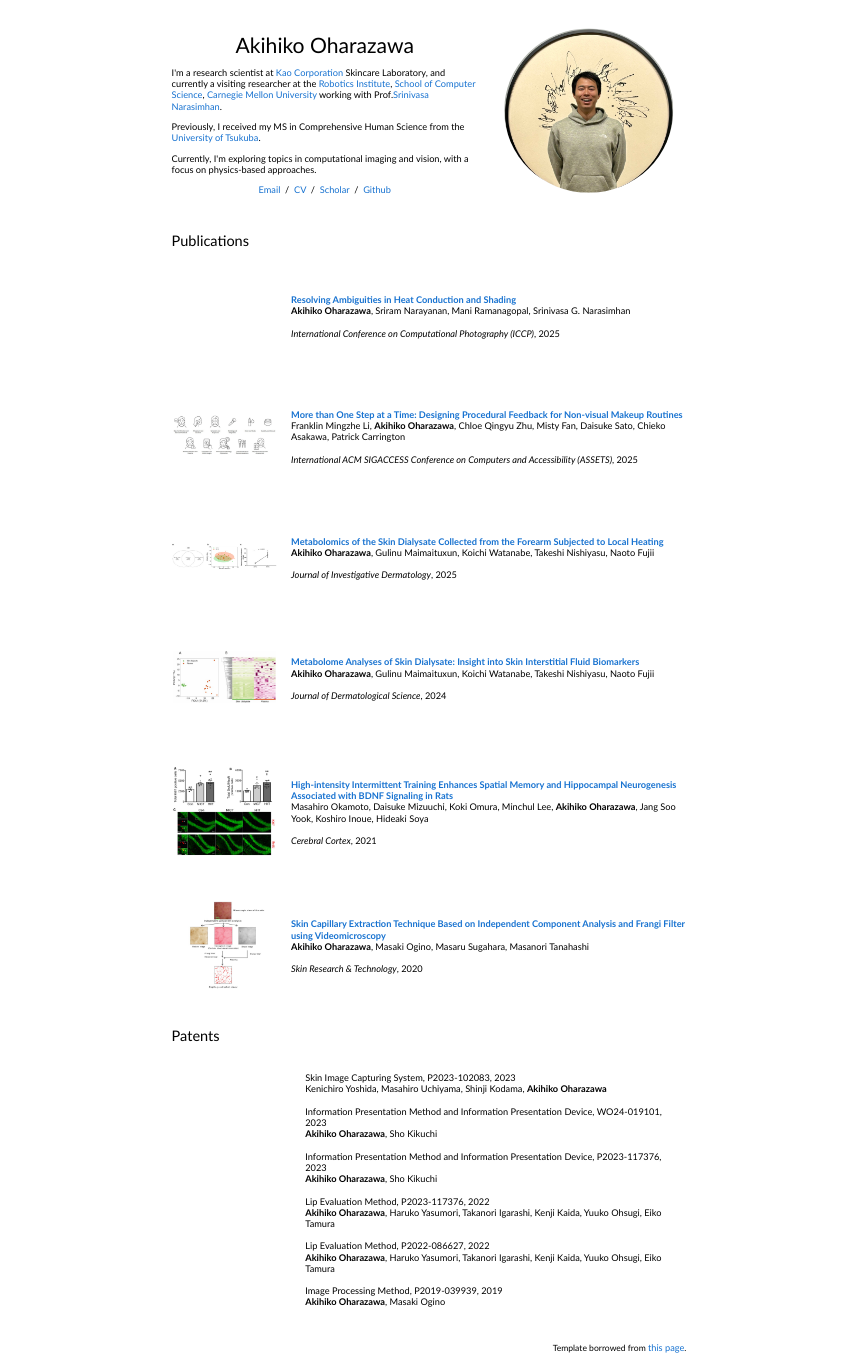
Repository: akihikooharazawa/akihikooharazawa.github.io
Page: index.html
An editor plug-in stored every save of this project. The page is shown before and after the next save, followed by the edit.
The browser window is 1280 px wide. The pictures show the whole page, at 66% of full size.
Pictures or frames that could not be fetched are drawn as grey boxes.

Above is the page before, as saved 2025-07-25 12:27:04.

### index.html
<!DOCTYPE HTML>
<html lang="en">
  <head>
  <!-- Google tag (gtag.js) -->
  <script async src="https://www.googletagmanager.com/gtag/js?id=G-S3VWLBF1BC"></script>
  <script>
    window.dataLayer = window.dataLayer || [];
    function gtag(){dataLayer.push(arguments);}
    gtag('js', new Date());

    gtag('config', 'G-S3VWLBF1BC');
  </script>
    <meta http-equiv="Content-Type" content="text/html; charset=UTF-8">

    <title>Akihiko Oharazawa</title>

    <meta name="author" content="Akihiko Oharazawa">
    <meta name="viewport" content="width=device-width, initial-scale=1">
    <link rel="shortcut icon" href="images/favicon/favicon.ico" type="image/x-icon">
    <link rel="stylesheet" type="text/css" href="stylesheet.css">

  </head>

  <body>
    <table style="width:100%;max-width:800px;border:0px;border-spacing:0px;border-collapse:separate;margin-right:auto;margin-left:auto;"><tbody>
      <tr style="padding:0px">
        <td style="padding:0px">
          <table style="width:100%;border:0px;border-spacing:0px;border-collapse:separate;margin-right:auto;margin-left:auto;"><tbody>
            <tr style="padding:0px">
              <td style="padding:2.5%;width:63%;vertical-align:middle">
                <p class="name" style="text-align: center;">
                  Akihiko Oharazawa
                </p>
                <p>I'm a research scientist at <a href="https://www.kao.com/global/en/">Kao Corporation</a> Skincare Laboratory,
                  and currently a visiting researcher at the <a href="https://www.ri.cmu.edu/">Robotics Institute</a>,
                  <a href="https://www.cs.cmu.edu/">School of Computer Science</a>,
                  <a href="https://www.cmu.edu/">Carnegie Mellon University</a> working with Prof.<a href="https://www.cs.cmu.edu/~srinivas/">Srinivasa Narasimhan</a>.
                </p>
                <p>
                  Previously, I received my MS in Comprehensive Human Science from the <a href="https://www.tsukuba.ac.jp/en/">University of Tsukuba</a>.
                </p>
                <p>
                  Currently, I'm exploring topics in computational imaging and vision, with a focus on physics-based approaches.
                </p>
                <p style="text-align:center">
                  <a href="mailto:a.oharazawa@gmail.com">Email</a> &nbsp;/&nbsp;
                  <a href="data/AkiOharazawa-CV.pdf">CV</a> &nbsp;/&nbsp;
                  <a href="https://scholar.google.com/citations?user=NGsKuDgAAAAJ&hl=en">Scholar</a> &nbsp;/&nbsp;
                  <a href="https://github.com/akihikooharazawa">Github</a>
                </p>
              </td>
              <td style="padding:2.5%;width:40%;max-width:40%">
                <a href="static/images/AkiOharazawa.jpg"><img style="width:100%;max-width:100%;object-fit: cover; border-radius: 50%;" alt="profile photo" src="static/images/AkiOharazawa.jpg" class="hoverZoomLink"></a>
              </td>
            </tr>
          </tbody></table>
          <table style="width:100%;border:0px;border-spacing:0px;border-collapse:separate;margin-right:auto;margin-left:auto;"><tbody>
              <tr>
              <td style="padding:20px;width:100%;vertical-align:middle">
                <h2>Publications</h2>
              </td>
            </tr>
          </tbody></table>
          <table style="width:100%;border:0px;border-spacing:0px;border-collapse:separate;margin-right:auto;margin-left:auto;"><tbody>

            <!-- ICCP 2025 -->
            <tr>
              <td style="padding:20px;width:25%;vertical-align:middle">
                <video id="theory" width="160" height="120" autoplay muted loop playsinline style="border-style: none">
                  <source src="static/videos/ICCP2025.mp4" type="video/mp4">
                </video>
              </td>
              <td width="75%" valign="middle">
                <a href="https://imaging.cs.cmu.edu/shape-from-laplacian-and-shading/">
                  <span class="papertitle">Resolving Ambiguities in Heat Conduction and Shading</span>
                </a>
                <br>
                <strong>Akihiko Oharazawa</strong>, Sriram Narayanan, Mani Ramanagopal, Srinivasa G. Narasimhan
                <br>
                <br>
                <em>International Conference on Computational Photography (ICCP)</em>, 2025
                <br>
              </td>
            </tr>
            <!-- End ICCP 2025 -->

            <!-- ASSCET 2025 -->
            <tr>
              <td style="padding:20px;width:25%;vertical-align:middle">
                <img src="static/images/2025ASSETS.png" alt="2025ASSETS.png" width="160" height="160" style="border-style: none">
              </td>
              <td width="75%" valign="middle">
                <a href="https://arxiv.org/abs/2507.03942">
                  <span class="papertitle">More than One Step at a Time: Designing Procedural Feedback for Non-visual Makeup Routines</span>
                </a>
                <br>
                Franklin Mingzhe Li, <strong>Akihiko Oharazawa</strong>, Chloe Qingyu Zhu, Misty Fan, Daisuke Sato, Chieko Asakawa, Patrick Carrington
                <br>
                <br>
                <em>International ACM SIGACCESS Conference on Computers and Accessibility (ASSETS)</em>, 2025
                <br>
              </td>
            </tr>
            <!-- End ASSCET 2025 -->

            <!-- JID 2025 -->
            <tr>
              <td style="padding:20px;width:25%;vertical-align:middle">
                <img src="static/images/2025JID.png" alt="2025JID.png" width="160" height="120" style="border-style: none">
              </td>
              <td width="75%" valign="middle">
                <a href="https://www.jidonline.org/article/S0022-202X(25)02268-7/fulltext">
                  <span class="papertitle">Metabolomics of the Skin Dialysate Collected from the Forearm Subjected to Local Heating</span>
                </a>
                <br>
                <strong>Akihiko Oharazawa</strong>, Gulinu Maimaituxun, Koichi Watanabe, Takeshi Nishiyasu, Naoto Fujii
                <br>
                <br>
                <em>Journal of Investigative Dermatology</em>, 2025
                <br>
              </td>
            </tr>
            <!-- End JID 2025 -->

            <!-- JDS 2025 -->
            <tr>
              <td style="padding:20px;width:25%;vertical-align:middle">
                <img src="static/images/2024JDS.png" alt="2024JDS.png" width="160" height="160" style="border-style: none">
              </td>
              <td width="75%" valign="middle">
                <a href="https://www.jdsjournal.com/article/S0923-1811(24)00066-5/fulltext">
                  <span class="papertitle">Metabolome Analyses of Skin Dialysate: Insight into Skin Interstitial Fluid Biomarkers</span>
                </a>
                <br>
                <strong>Akihiko Oharazawa</strong>, Gulinu Maimaituxun, Koichi Watanabe, Takeshi Nishiyasu, Naoto Fujii
                <br>
                <br>
                <em>Journal of Dermatological Science</em>, 2024
                <br>
              </td>
            </tr>
            <!-- End JDS 2025 -->

            <!-- Cerebral Cortex 2021 -->
            <tr>
              <td style="padding:20px;width:25%;vertical-align:middle">
                <img src="static/images/2021CB.png" alt="2021CB.png" width="160" height="160" style="border-style: none">
              </td>
              <td width="75%" valign="middle">
                <a href="https://academic.oup.com/cercor/article/31/9/4386/6274998">
                  <span class="papertitle">High-intensity Intermittent Training Enhances Spatial Memory and Hippocampal Neurogenesis Associated with BDNF Signaling in Rats</span>
                </a>
                <br>
                Masahiro Okamoto, Daisuke Mizuuchi, Koki Omura, Minchul Lee, <strong>Akihiko Oharazawa</strong>, Jang Soo Yook, Koshiro Inoue, Hideaki Soya
                <br>
                <br>
                <em>Cerebral Cortex</em>, 2021
                <br>
              </td>
            </tr>
            <!-- End Cerebral Cortex 2021 -->

            <!-- Skin Research & Technology 2020 -->
            <tr>
              <td style="padding:20px;width:25%;vertical-align:middle">
                <img src="static/images/2020SRT.png" alt="2020SRT.png" width="160" height="160" style="border-style: none">
              </td>
              <td width="75%" valign="middle">
                <a href="https://onlinelibrary.wiley.com/doi/10.1111/srt.12850">
                  <span class="papertitle">Skin Capillary Extraction Technique Based on Independent Component Analysis and Frangi Filter using Videomicroscopy</span>
                </a>
                <br>
                <strong>Akihiko Oharazawa</strong>, Masaki Ogino, Masaru Sugahara, Masanori Tanahashi
                <br>
                <br>
                <em>Skin Research & Technology</em>, 2020
                <br>
              </td>
            </tr>
            <!-- End Skin Research & Technology 2020 -->
          </tbody></table>


          <table width="100%" align="center" border="0" cellspacing="0" cellpadding="20"><tbody>
            <tr>
              <td>
                <h2>Patents</h2>
              </td>
            </tr>
          </tbody></table>
          <table width="100%" align="center" border="0" cellpadding="20"><tbody>

            <tr>
              <td style="padding:20px;width:25%;vertical-align:middle">
              <td width="75%" valign="middle">
                Skin Image Capturing System, P2023-102083, 2023
                <br>
                Kenichiro Yoshida, Masahiro Uchiyama, Shinji Kodama, <strong>Akihiko Oharazawa</strong><br>
                <br>
                Information Presentation Method and Information Presentation Device, WO24-019101, 2023
                <br>
                <strong>Akihiko Oharazawa</strong>, Sho Kikuchi<br>
                <br>
                Information Presentation Method and Information Presentation Device, P2023-117376, 2023
                <br>
                <strong>Akihiko Oharazawa</strong>, Sho Kikuchi<br>
                <br>
                Lip Evaluation Method, P2023-117376, 2022
                <br>
                <strong>Akihiko Oharazawa</strong>, Haruko Yasumori, Takanori Igarashi, Kenji Kaida, Yuuko Ohsugi, Eiko Tamura<br>
                <br>
                Lip Evaluation Method, P2022-086627, 2022
                <br>
                <strong>Akihiko Oharazawa</strong>, Haruko Yasumori, Takanori Igarashi, Kenji Kaida, Yuuko Ohsugi, Eiko Tamura<br>
                <br>
                Image Processing Method, P2019-039939, 2019
                <br>
                <strong>Akihiko Oharazawa</strong>, Masaki Ogino<br>
              </td>
            </tr>

          </tbody></table>
          <table style="width:100%;border:0px;border-spacing:0px;border-collapse:separate;margin-right:auto;margin-left:auto;"><tbody>
            <tr>
              <td style="padding:0px">
                <br>
                <p style="text-align:right;font-size:small;">
                  Template borrowed from <a href="https://github.com/jonbarron/website">this page</a>.
                </p>
              </td>
            </tr>
          </tbody></table>
        </td>
      </tr>
    </table>
  </body>
</html>

### stylesheet.css
/* latin-ext */
@font-face {
  font-family: 'Lato';
  font-style: italic;
  font-weight: 400;
  src: local('Lato Italic'), local('Lato-Italic'), url(https://fonts.gstatic.com/s/lato/v15/S6u8w4BMUTPHjxsAUi-qNiXg7eU0.woff2) format('woff2');
  unicode-range: U+0100-024F, U+0259, U+1E00-1EFF, U+2020, U+20A0-20AB, U+20AD-20CF, U+2113, U+2C60-2C7F, U+A720-A7FF;
}
/* latin */
@font-face {
  font-family: 'Lato';
  font-style: italic;
  font-weight: 400;
  src: local('Lato Italic'), local('Lato-Italic'), url(https://fonts.gstatic.com/s/lato/v15/S6u8w4BMUTPHjxsAXC-qNiXg7Q.woff2) format('woff2');
  unicode-range: U+0000-00FF, U+0131, U+0152-0153, U+02BB-02BC, U+02C6, U+02DA, U+02DC, U+2000-206F, U+2074, U+20AC, U+2122, U+2191, U+2193, U+2212, U+2215, U+FEFF, U+FFFD;
}
/* latin-ext */
@font-face {
  font-family: 'Lato';
  font-style: italic;
  font-weight: 700;
  src: local('Lato Bold Italic'), local('Lato-BoldItalic'), url(https://fonts.gstatic.com/s/lato/v15/S6u_w4BMUTPHjxsI5wq_FQftx9897sxZ.woff2) format('woff2');
  unicode-range: U+0100-024F, U+0259, U+1E00-1EFF, U+2020, U+20A0-20AB, U+20AD-20CF, U+2113, U+2C60-2C7F, U+A720-A7FF;
}
/* latin */
@font-face {
  font-family: 'Lato';
  font-style: italic;
  font-weight: 700;
  src: local('Lato Bold Italic'), local('Lato-BoldItalic'), url(https://fonts.gstatic.com/s/lato/v15/S6u_w4BMUTPHjxsI5wq_Gwftx9897g.woff2) format('woff2');
  unicode-range: U+0000-00FF, U+0131, U+0152-0153, U+02BB-02BC, U+02C6, U+02DA, U+02DC, U+2000-206F, U+2074, U+20AC, U+2122, U+2191, U+2193, U+2212, U+2215, U+FEFF, U+FFFD;
}
/* latin-ext */
@font-face {
  font-family: 'Lato';
  font-style: normal;
  font-weight: 400;
  src: local('Lato Regular'), local('Lato-Regular'), url(https://fonts.gstatic.com/s/lato/v15/S6uyw4BMUTPHjxAwXiWtFCfQ7A.woff2) format('woff2');
  unicode-range: U+0100-024F, U+0259, U+1E00-1EFF, U+2020, U+20A0-20AB, U+20AD-20CF, U+2113, U+2C60-2C7F, U+A720-A7FF;
}
/* latin */
@font-face {
  font-family: 'Lato';
  font-style: normal;
  font-weight: 400;
  src: local('Lato Regular'), local('Lato-Regular'), url(https://fonts.gstatic.com/s/lato/v15/S6uyw4BMUTPHjx4wXiWtFCc.woff2) format('woff2');
  unicode-range: U+0000-00FF, U+0131, U+0152-0153, U+02BB-02BC, U+02C6, U+02DA, U+02DC, U+2000-206F, U+2074, U+20AC, U+2122, U+2191, U+2193, U+2212, U+2215, U+FEFF, U+FFFD;
}
/* latin-ext */
@font-face {
  font-family: 'Lato';
  font-style: normal;
  font-weight: 700;
  src: local('Lato Bold'), local('Lato-Bold'), url(https://fonts.gstatic.com/s/lato/v15/S6u9w4BMUTPHh6UVSwaPGQ3q5d0N7w.woff2) format('woff2');
  unicode-range: U+0100-024F, U+0259, U+1E00-1EFF, U+2020, U+20A0-20AB, U+20AD-20CF, U+2113, U+2C60-2C7F, U+A720-A7FF;
}
/* latin */
@font-face {
  font-family: 'Lato';
  font-style: normal;
  font-weight: 700;
  src: local('Lato Bold'), local('Lato-Bold'), url(https://fonts.gstatic.com/s/lato/v15/S6u9w4BMUTPHh6UVSwiPGQ3q5d0.woff2) format('woff2');
  unicode-range: U+0000-00FF, U+0131, U+0152-0153, U+02BB-02BC, U+02C6, U+02DA, U+02DC, U+2000-206F, U+2074, U+20AC, U+2122, U+2191, U+2193, U+2212, U+2215, U+FEFF, U+FFFD;
}

a {
  color: #1772d0;
  text-decoration: none;
}

a:focus,
a:hover {
  color: #f09228;
  text-decoration: none;
}

body,
td,
th,
tr,
p,
a {
  font-family: 'Lato', Verdana, Helvetica, sans-serif;
  font-size: 14px;
}

strong {
  font-family: 'Lato', Verdana, Helvetica, sans-serif;
  font-size: 14px;
}

h2 {
  margin: 0;
  font-weight: normal;
  font-family: 'Lato', Verdana, Helvetica, sans-serif;
  font-size: 22px;
}

.papertitle {
  font-family: 'Lato', Verdana, Helvetica, sans-serif;
  font-size: 14px;
  font-weight: 700;
}

.name {
  padding-top: 20px;
  margin: 0;
  font-family: 'Lato', Verdana, Helvetica, sans-serif;
  font-size: 32px;
}

.one {
  width: 160px;
  height: 160px;
  position: relative;
}

.two {
  width: 160px;
  height: 160px;
  position: absolute;
  transition: opacity .2s ease-in-out;
  -moz-transition: opacity .2s ease-in-out;
  -webkit-transition: opacity .2s ease-in-out;
}

.fade {
  transition: opacity .2s ease-in-out;
  -moz-transition: opacity .2s ease-in-out;
  -webkit-transition: opacity .2s ease-in-out;
}

span.highlight {
  background-color: #ffffd0;
}

After the next save:
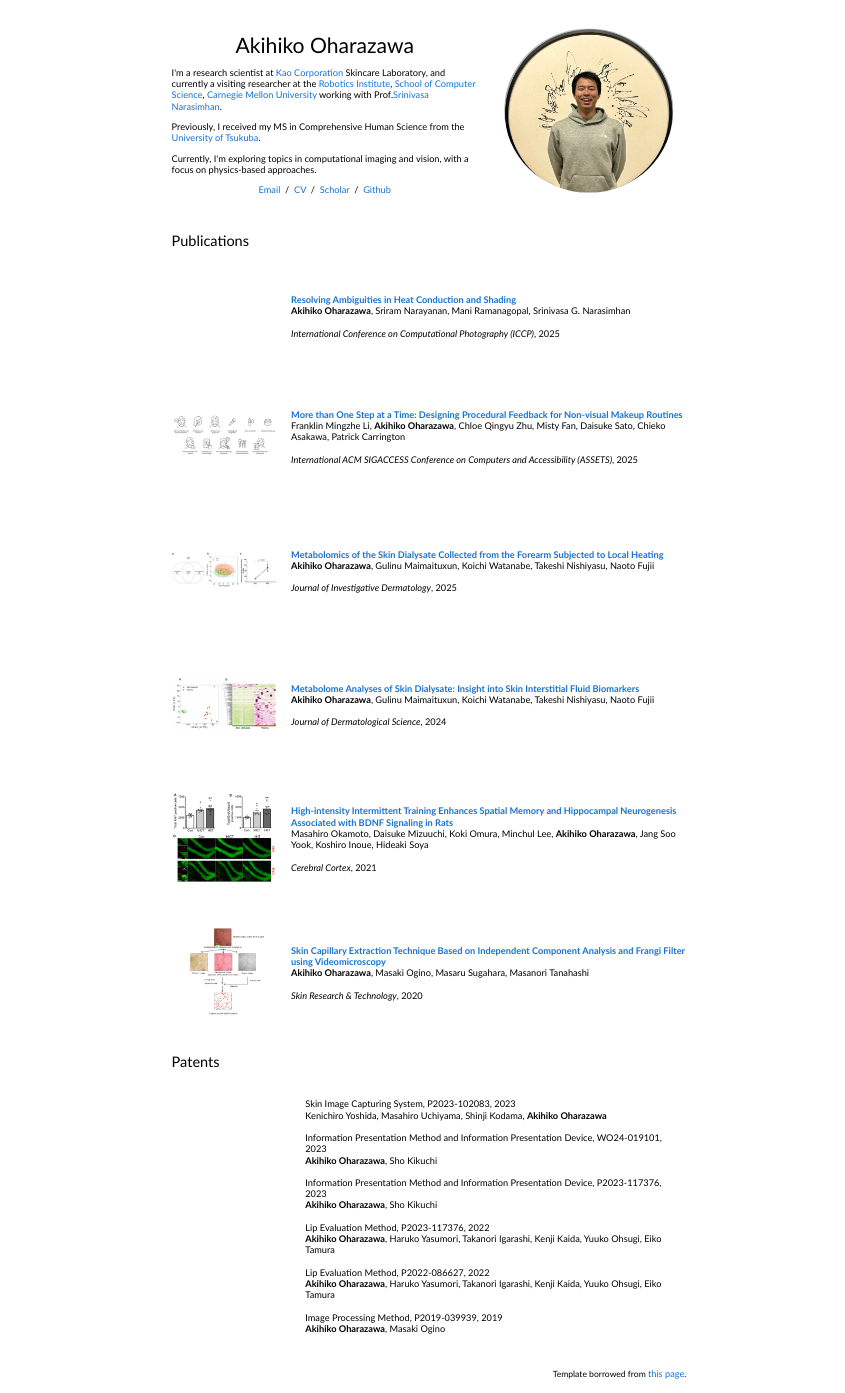
Saved 5 s later.
--- a/index.html
+++ b/index.html
@@ -106,7 +106,7 @@
             <!-- JID 2025 -->
             <tr>
               <td style="padding:20px;width:25%;vertical-align:middle">
-                <img src="static/images/2025JID.png" alt="2025JID.png" width="160" height="120" style="border-style: none">
+                <img src="static/images/2025JID.png" alt="2025JID.png" width="160" height="160" style="border-style: none">
               </td>
               <td width="75%" valign="middle">
                 <a href="https://www.jidonline.org/article/S0022-202X(25)02268-7/fulltext">

After the save that followed:
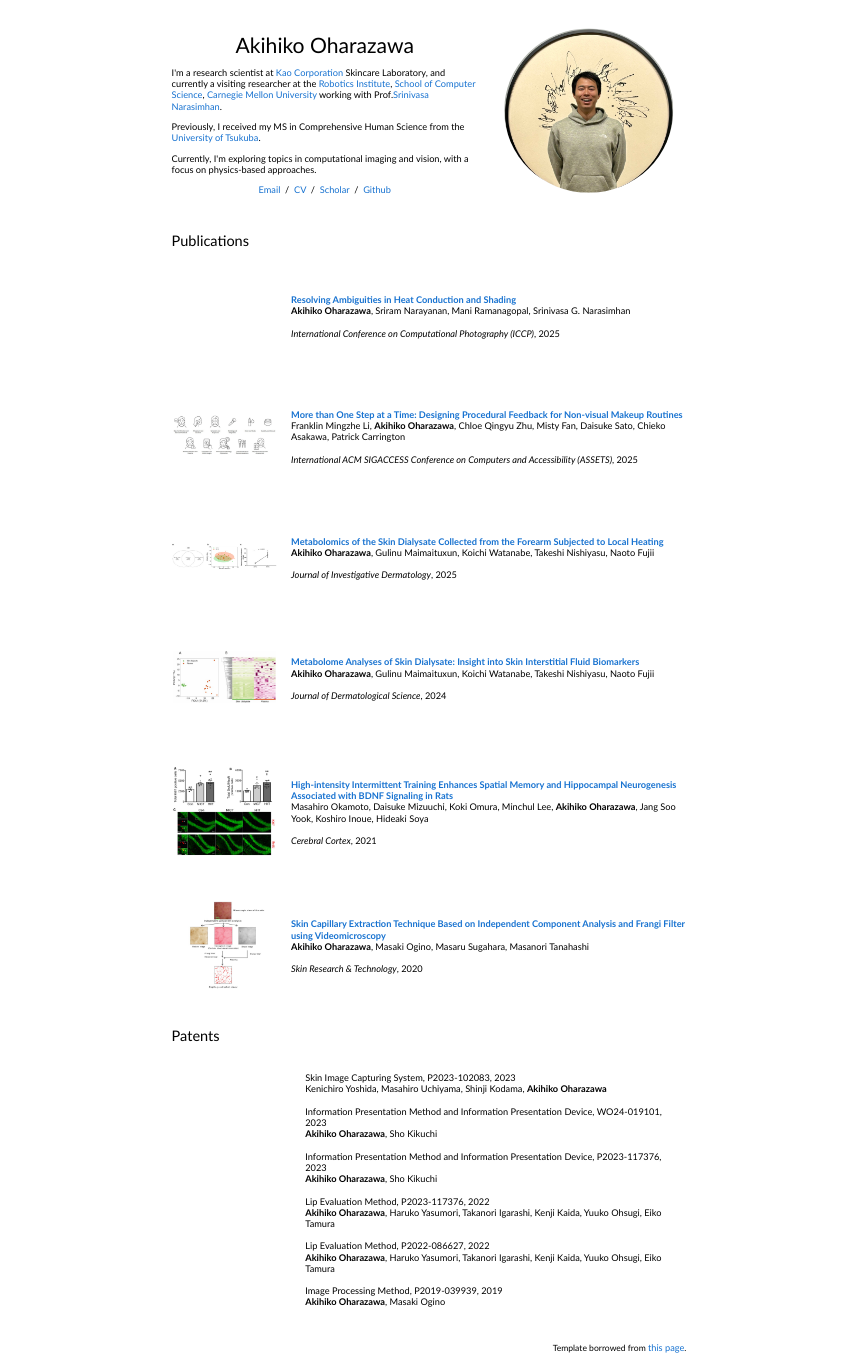
Saved 36 s later.
--- a/index.html
+++ b/index.html
@@ -106,7 +106,7 @@
             <!-- JID 2025 -->
             <tr>
               <td style="padding:20px;width:25%;vertical-align:middle">
-                <img src="static/images/2025JID.png" alt="2025JID.png" width="160" height="160" style="border-style: none">
+                <img src="static/images/2025JID.png" alt="2025JID.png" width="160" height="120" style="border-style: none">
               </td>
               <td width="75%" valign="middle">
                 <a href="https://www.jidonline.org/article/S0022-202X(25)02268-7/fulltext">
